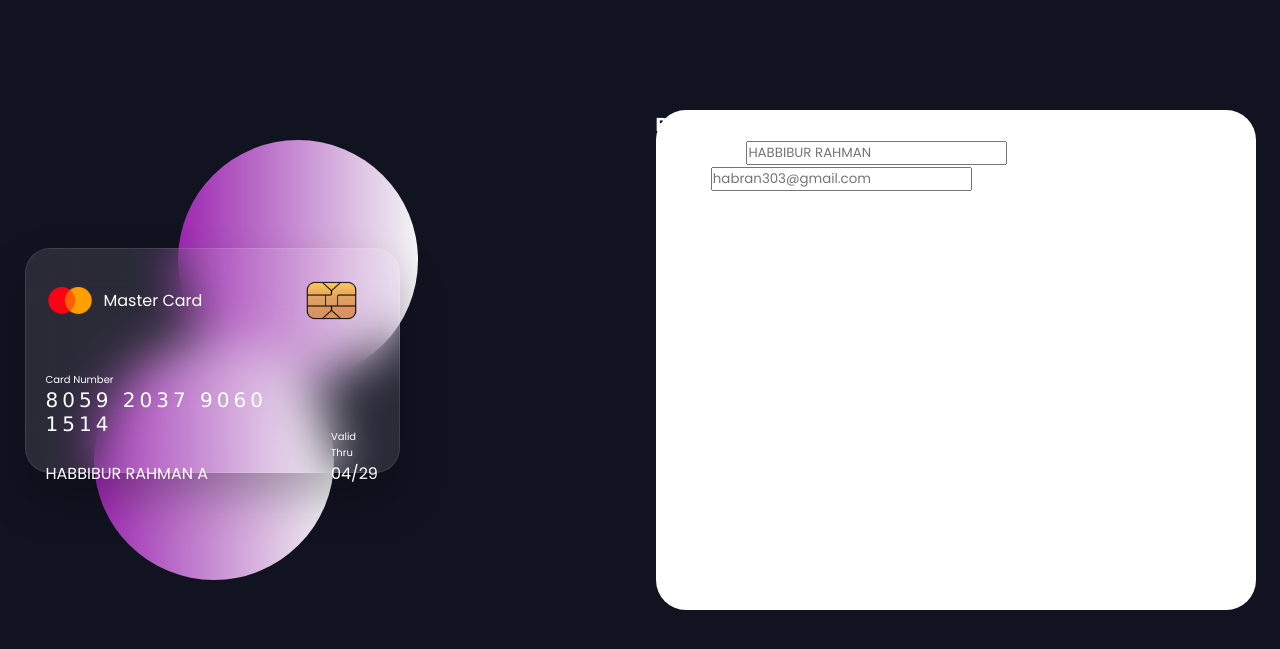
Repository: Habeebur1493/-002-Prompt
Page: index.html
These files come from the project's save history. The page is drawn as it stood at one moment and after the next save; the edit follows.
The browser window is 1280 px wide. The pictures show the whole page.

Above is the page before, as saved 2024-09-11 00:05:35.

### index.html
<!DOCTYPE html>
<html lang="en">
<head>
    <meta charset="UTF-8">
    <meta name="viewport" content="width=device-width, initial-scale=1.0">
    <title>Flip Card</title>
    <link rel="stylesheet" href="style.css">
</head>
<body>
    <section>
        <div class="container">
            <div class="card front-face">
                <header>
                    <span class="logo">
                        <img src="Mastercard-Logo.webp" alt="">
                        <h5>Master Card</h5>
                    </span>
                    <img src="file (1).png" alt="" class="chip">
                </header>

                <div class="card-details">
                    <div class="name-number">
                        <h6>Card Number</h6>
                        <h5 class="number">8059 2037 9060 1514</h5>
                        <h5 class="name">HABBIBUR RAHMAN A</h5>
                    </div>
                    <div class="valid-date">
                        <h6>Valid Thru</h6>
                        <h5>04/29</h5>
                    </div>
                </div>
            </div>
            <div class="card back-face">
                <h6>
                    For customer service call +900 1400 1800 or email at mastercard@gmai.com
                </h6>
                <span class="magnetic-strip">
                    <div class="signature"><i>005</i></div>
                    <h5>
                        HDFC Millennia Debit Card
                    </h5>
                    <h6>Yours is a life where creating and living the moments matters more than making money.
                    </h6>
                </span>
            </div>
        </div>
        <div class="content">
            <form>
                <div class="row">
                    <div class="col">
                        <h3>Billing Address</h3>
                        <div class="inputbox">
                            <span>Full Name :</span>
                            <input type="text" placeholder="HABBIBUR RAHMAN">
                        </div>
                        <div class="inputbox">
                            <span>Email :</span>
                            <input type="email" placeholder="habran303@gmail.com">
                        </div>

                    </div>
                </div>
            </form>

        </div>
    </section>



</body>
</html>

### style.css
@import url('https://fonts.googleapis.com/css2?family=Poppins:ital,wght@0,100;0,200;0,300;0,400;0,500;0,600;0,700;0,800;0,900;1,100;1,200;1,300;1,400;1,500;1,600;1,700;1,800;1,900&display=swap');

*{
    margin: 0;
    padding: 0;
    box-sizing: border-box;
    font-family: "Poppins", sans-serif;
}
section{
    position: relative;
    min-height: 100vh;
    width: 100%;
    background: #121321;
    display: flex;
    align-items: center;
    justify-content: center;
    color: #fff;
    perspective: 1000px;

}
section::before {
    content: "";
    position: absolute;
    height: 240px;
    width: 240px;
    border-radius: 50%;
    transform: translate(-150px, -100px);
    background: linear-gradient(90deg, #9c27b0, #f3f5f5);
    margin-right: 30%;
}
section::after {
    content: "";
    position: absolute;
    height: 240px;
    width: 240px;
    border-radius: 50%;
    transform: translate(150px, 100px);
    background: linear-gradient(90deg, #9c27b0, #f3f5f5);
    margin-right: 90%;
}

.container{
    position: relative;
    height: 225px;
    width: 375px;
    z-index: 100;
    transition: 0.6s;
    transform-style: preserve-3d;
    margin-right: 10%;

}
.container:hover{
    transform: rotateY(180deg);
}
.container .card{
    position: absolute;
    height: 100%;
    width: 100%;
    padding: 20px;
    border-radius: 25px;
    backdrop-filter: blur(25px);
    background: rgba(255, 255, 255, 0.1);
    box-shadow: 0 25px 45px rgba(0, 0, 0, 0.25);
    border: 1px solid rgba(255, 255, 255, 0.1);
    backface-visibility: hidden;
}
.front-face header,
.front-face .logo{
    display: flex;
    align-items: center;
}
.front-face header{
    justify-content: space-between;
}
.front-face .logo img {
    width: 48px;
    margin-right: 10px;

}
h5{
    font-size: 16px;
    font-weight: 400;
}
.front-face .chip{
    width: 95px;
}
.front-face .card-details{
    display: flex;
    margin-top: 40px;
    align-items: flex-end;
    justify-content: space-between;
}
h6{
    font-size: 10px;
    font-weight: 400;

}
h5.number{
    font-size: 20px;
    padding: 0;
    letter-spacing: 4px;
    font-family: Geneva;
}
h5.name{
    margin-top: 25px
}
.card.back-face{
    border: none;
    padding: 15px 25px 25px 25px;
    transform: rotateY(180deg);
}
.card.back-face h6{
    font-size: 8px;
}
.card.back-face .magnetic-strip{
    position: absolute;
    top: 40px;
    left: 0;
    height: 45px;
    width: 100%;
    background: #000;
}

.card.back-face .signature{
    display: flex;
    justify-content: flex-end;
    align-items: center;
    margin-top: 80px;
    height: 40px;
    width: 85%;
    border-radius: 6px;
    background: repeating-linear-gradient(
        #fff,
        #fff 3px,
        #efefef 0px,
        #efefef 9px);
}
.signature i {
    color: #000;
    font-size: 12px;
    padding: 4px 6px;
    border-radius: 4px;
    background-color: #fff;
    margin-right: -30px;
    z-index: -1;

}
.card.back-face h5{
    align-items: center;
    margin-left: 25%;
    font-size: 12px;
    margin-top: 15px;
}
.card.back-face h6{
    align-items: center;
    margin-left: 5%;
    font-size: 7px;
    margin-top: 1px;
}

.content{
    height: 500px;
    width: 600px;
    background-color: #fff;
    margin-left: 10%;
    border-radius: 30px;
}

After the next save:
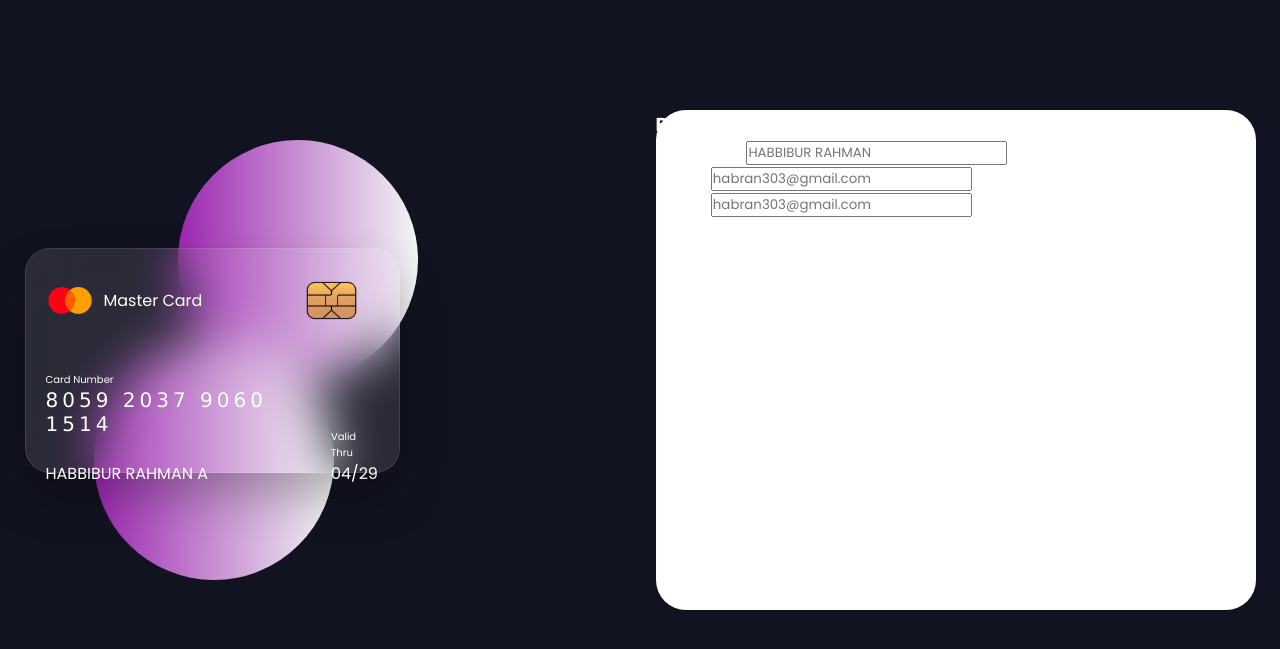
Saved 14 s later.
--- a/index.html
+++ b/index.html
@@ -57,6 +57,10 @@
                             <span>Email :</span>
                             <input type="email" placeholder="habran303@gmail.com">
                         </div>
+                        <div class="inputbox"></div>
+                            <span>Email :</span>
+                            <input type="email" placeholder="habran303@gmail.com">
+                        </div>
 
                     </div>
                 </div>
